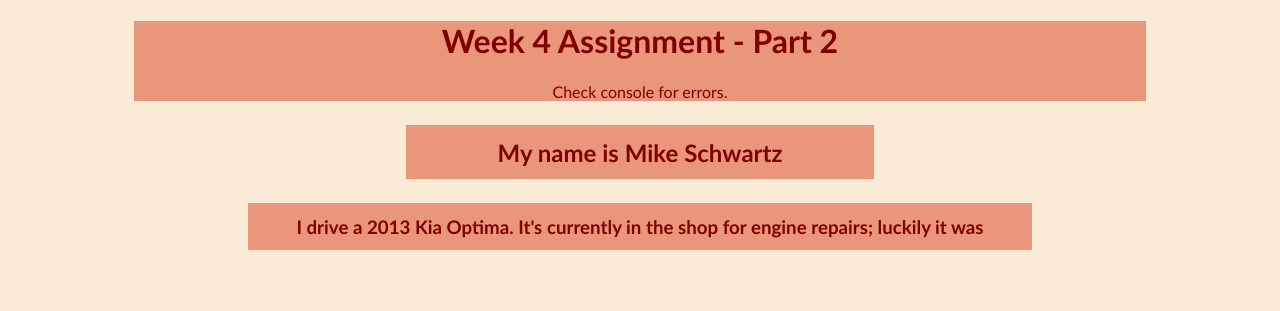
Repository: Ellusionism/prime-pw-week-4-assignment-part-2
Page: assignment/index.html
An editor plug-in stored every save of this project. The page is shown before and after the next save, followed by the edit.
The browser window is 1280 px wide. The pictures show the whole page.

Above is the page before, as saved 2022-11-16 18:07:53.

### assignment/index.html
<!DOCTYPE html>
<meta name="viewport" content="width=device-width">
<html lang="en-US">
  <head>
    <meta charset="utf-8">
    <title>Week 4 Assignment</title>
    <link rel="stylesheet" href="stylesheet.css">
    <!-- Create and CSS file -->
  </head>
  <body>
    <header class="homepageHeader">
      <h1>Week 4 Assignment - Part 2</h1>
      <p>Check console for errors.</p>
  </header>
  <div>
    <h2 class="info nameInfo"> My name is Mike Schwartz </h2>
  </div>
  <h3 class="info carInfo">I drive a 2013 Kia Optima. It's currently in the shop for engine repairs; luckily it was </h3>
  </body>
</html>

### assignment/stylesheet.css
body {
 font-family:'Trebuchet MS', 'Lucida Sans Unicode', 'Lucida Grande', 'Lucida Sans', Arial, sans-serif;
 background-color:antiquewhite;
}

.homepageHeader {
 background-color:darksalmon;
 text-align: center;
 width: 80%;
 display: block;
 margin: auto;
 color: maroon;
}

.info {
 background-color:darksalmon;
 text-align: center;
 padding: 1%;
 display: block;
 margin: 1em auto;
 color: maroon;
}

.nameInfo {
 width: 35%;
}

.carInfo {
 width: 60%;
}

After the next save:
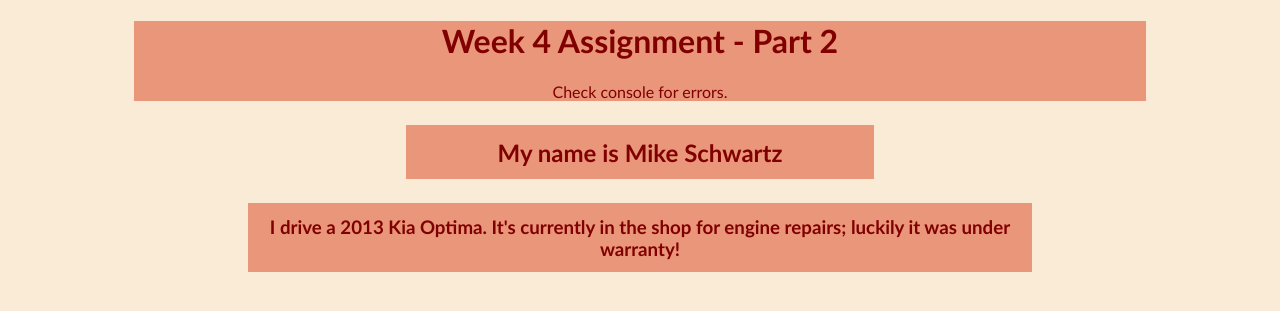
Saved 7 s later.
--- a/assignment/index.html
+++ b/assignment/index.html
@@ -15,6 +15,6 @@
   <div>
     <h2 class="info nameInfo"> My name is Mike Schwartz </h2>
   </div>
-  <h3 class="info carInfo">I drive a 2013 Kia Optima. It's currently in the shop for engine repairs; luckily it was </h3>
+  <h3 class="info carInfo">I drive a 2013 Kia Optima. It's currently in the shop for engine repairs; luckily it was under warranty!</h3>
   </body>
 </html>
